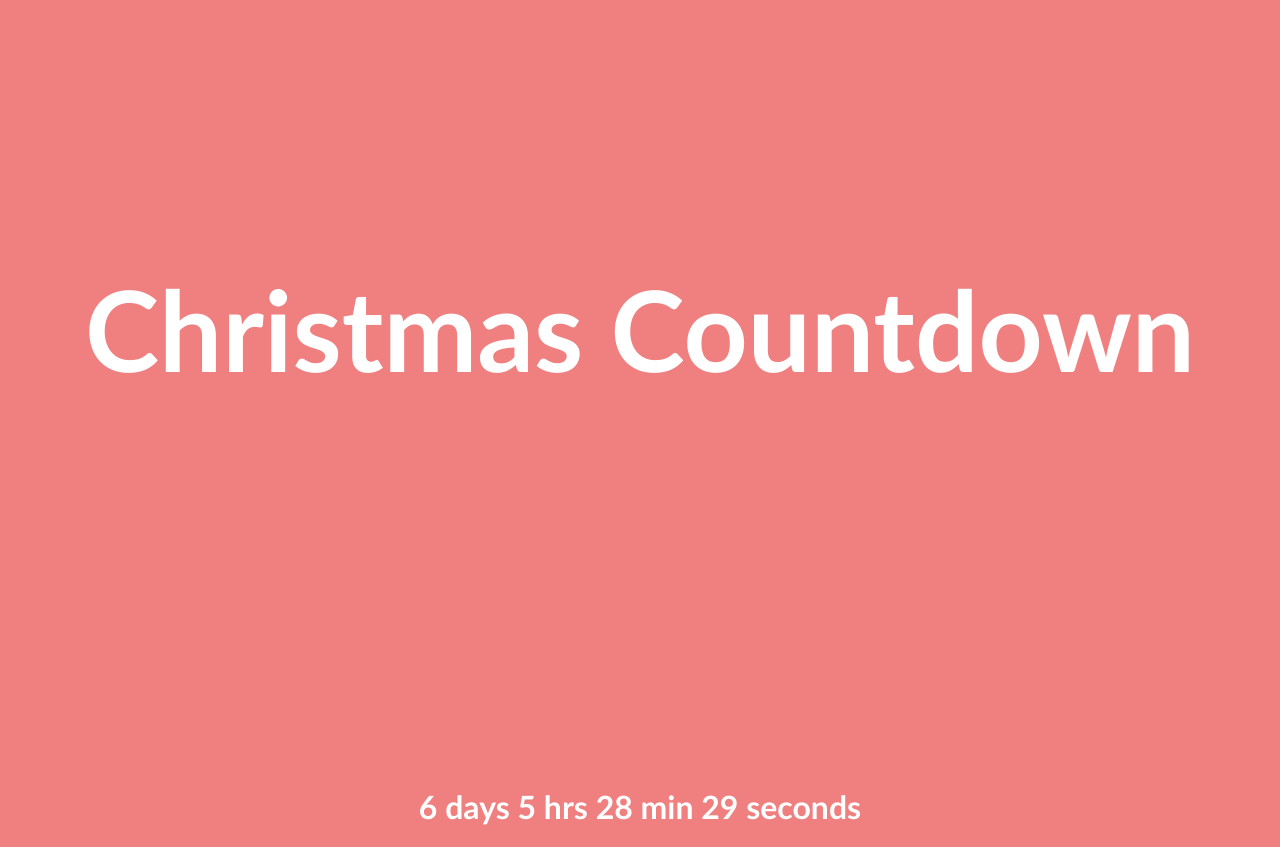
Repository: notMaximilian/countdown-timer
Page: index.html
An editor plug-in stored every save of this project. The page is shown before and after the next save, followed by the edit.
The browser window is 1280 px wide. The pictures show the whole page.

Above is the page before, as saved 2021-12-18 18:56:48.

### index.html
<html lang="en">
    <head>
        <meta charset="utf-8"/>
        <title>Christmas Countdown</title>
        <link rel="stylesheet" href="styles.css"/>
    </head>
    <body>
        <h1 id="main-text">Christmas Countdown</h1>
        <h1 id="time-left"></h1>
        <script src="app.js"></script>
    </body>
</html>

### styles.css
body{
    background-color: lightcoral;
    text-align: center;
    color:white;
    font-family: 'Trebuchet MS', 'Lucida Sans Unicode', 'Lucida Grande', 'Lucida Sans', Arial, sans-serif;
}

#main-text{
    font-size: 700%;
    padding-top: 20%;
}

#time-left{
    padding-top: 25%;
}

### app.js
const timeLeft = document.getElementById('time-left')
let timerId;
//Units of time
const second = 1000
const minute = second * 60
const hour = minute * 60
const day = hour * 24

const christmas = new Date('12/25/2021')

function countdown(){
    const today = new Date();
    const timeSpan = christmas - today;

    if(timeSpan <= -day){
        timeLeft.innerHTML("I hope you had a Merry Christmas!!!")
        clearInterval(timerId)
        return
    }

    if (timeSpan <= 0){
        timeLeft.innerHTML("Merry Christmas!!!")
        clearInterval(timerId)
        return
    }

    const days = Math.floor(timeSpan / day)
    const hours = Math.floor((timeSpan % day) / hour)
    const minutes = Math.floor((timeSpan % hour) / minute)
    const seconds = Math.floor((timeSpan % minute) / second)

    timeLeft.innerHTML = days + " days " + hours + " hrs " + minutes + " min " + seconds + " seconds"

}

timerId = setInterval(countdown, second)

After the next save:
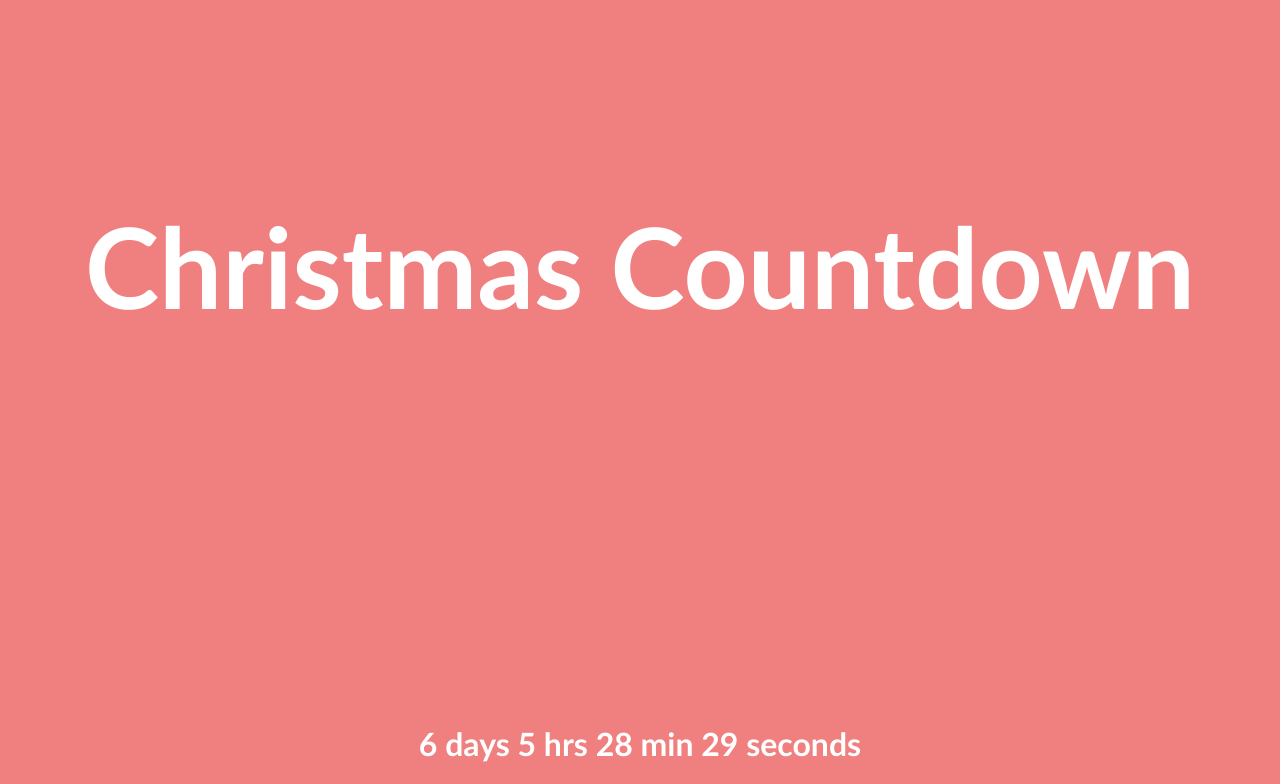
Saved 11 s later.
--- a/styles.css
+++ b/styles.css
@@ -7,7 +7,7 @@ body{
 
 #main-text{
     font-size: 700%;
-    padding-top: 20%;
+    padding-top: 15%;
 }
 
 #time-left{
